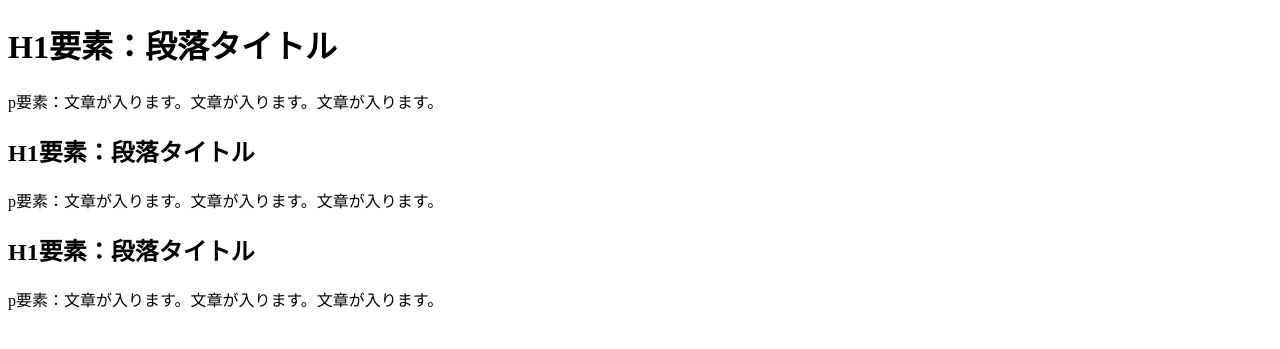
Repository: 0keiji0/samurai_HTML-CSS
Page: index2.html
The author's editor kept a record of every edit. The page is drawn from the files as they stood at one moment, then again after the next edit.
The browser window is 1280 px wide. The pictures show the whole page.

Above is the page before.

After the next edit:
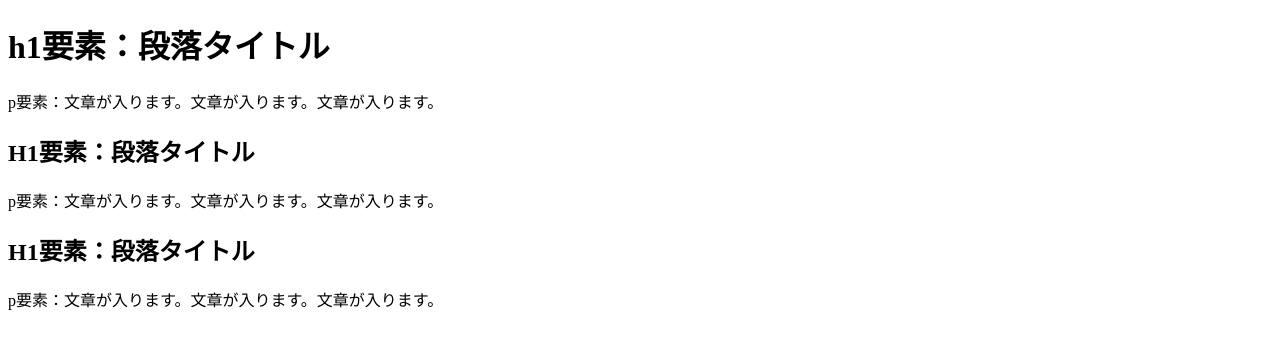
The edit:
--- a/index2.html
+++ b/index2.html
@@ -7,7 +7,7 @@
     <title>HTML/CSSの学習</title>
 </head>
 <body>
-<h1>H1要素：段落タイトル</h1>
+<h1>h1要素：段落タイトル</h1>
 <p>p要素：文章が入ります。文章が入ります。文章が入ります。</p>
 <h2>H1要素：段落タイトル</h2>
 <p>p要素：文章が入ります。文章が入ります。文章が入ります。</p>
